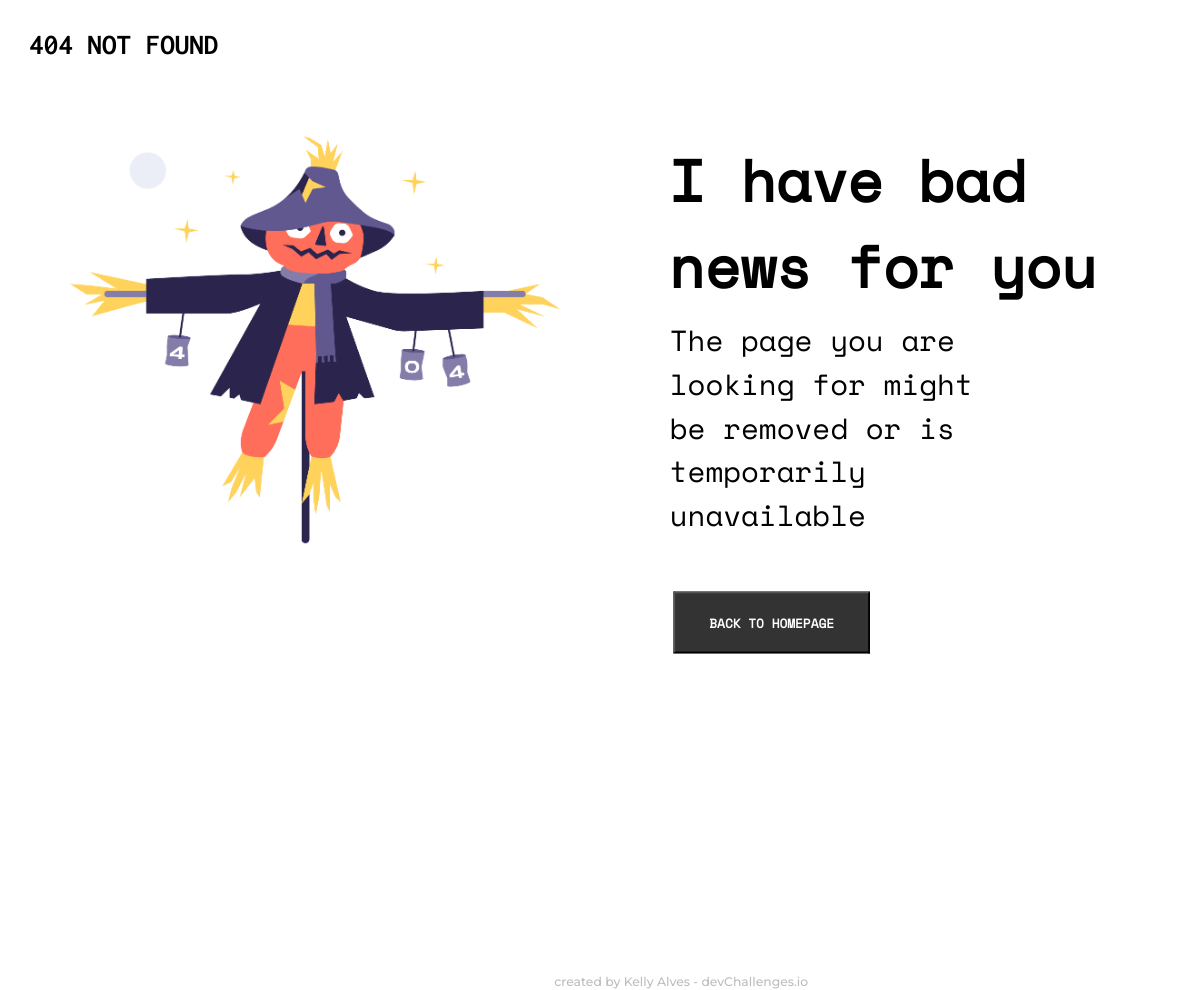
Repository: kellyalves87/404_not_found
Page: index.html
These files come from the project's save history. The page is drawn as it stood at one moment and after the next save; the edit follows.
The browser window is 1280 px wide. The page is 1321 px wide, so the pictures cover 1321 px, including what lies to the right of the window. The pictures show the whole page, at 91% of full size.

Above is the page before, as saved 2021-05-16 16:27:55.

### index.html
<!DOCTYPE html>
<html lang="en">

<head>
  <meta charset="utf-8" />
  <meta name="viewport" content="width=device-width, initial-scale=1,
  maximum-scale=5" />
  <link rel="icon" href="./assets/devchallenges.png" />
  <link rel="shortcut icon" type="image/x-icon" href="https://devchallenges.io/" />
  <link rel="preconnect" href="https://fonts.gstatic.com">
<link href="https://fonts.googleapis.com/css2?family=Inconsolata:wght@700&family=Montserrat:wght@500&family=Space+Mono:ital,wght@0,400;1,700&display=swap" rel="stylesheet">
  <link rel="stylesheet" href="./style/index.css">
  <link rel="stylesheet" href="./style/reset.css">
  <title>Devchallenges</title>
</head>

<header class="header">
  <h1>404 not found</h1>
</header>

<body>
  <section class="content">
    <img src="./assets/Scarecrow.png" alt="straw man">
    <h1>I have bad news for you</h1>
    <p>The page you are looking for might be removed or is temporarily unavailable</p>
  </section>
  <div class="button">
    <button type="button">back to homepage</button>
  </div>
    <footer class="footer">
      <a href="https://github.com/kellyalves87">created by Kelly Alves - <a href="https://devchallenges.io/">devChallenges.io</a>
    </footer>
</body>

</html>

### style/index.css
/* Mobile first */
@media only screen and (max-width: 414px) {
  body {
    display: flex;
    flex-direction: column;
  }

  .header h1 {
    font-family: inconsolata, sans-serif;
    font-size: 1rem;
    text-transform: uppercase;
  }

  .content img {
    padding-top: 10px;
    display: flex;
    margin: auto;
    width: 200px;
  }

  .header,
  .content,
  .button,
  .footer {
    margin: 1rem;
  }

  .content h1,
  p,
  button {
    font-family: Space Mono, sans-serif;
  }

  .content h1,
  button {
    font-weight: 700;
  }

  .content h1 {
    font-size: 2.75rem;
    padding-top: 10px;
    padding-bottom: 10px;
  }

  .content p {
    font-size: 1.1rem;
    font-weight: 400;
    padding-top: 10px;
  }

  button {
    color: #ffffff;
    cursor: pointer;
    background-color: #333333;
    font-size: 14px;
    position: fixed;
    padding: 10px 20px;
    text-transform: uppercase;
  }

  .footer {
    font-size: 0.85rem;
    padding-top: 40px;
  }
  .footer a {
    color: #bdbdbd;
    font-family: Montserrat, sans-serif;
    text-decoration: none;
  }
}

/*Desktop*/

.header h1 {
  font-family: Inconsolata, sans-serif;
  font-style: normal;
  font-weight: bold;
  text-transform: uppercase;
}

.content img {
  position: absolute;
  height: 447.4263916015625px;
  width: 539.2236938476562px;
  left: 77px;
  top: 150px;
  border-radius: 0px;
}

.header,
.content,
.button,
.footer {
  margin: 2rem;
}

.content h1,
p,
button {
  font-family: Space Mono, sans-serif;
}

.content h1,
button {
  font-weight: 700;
}

.content h1 {
  font-size: 4rem;
  width: 586px;
  height: 190px;
  left: 735px;
  top: 150px;
  position: absolute;
}

.content p {
  font-size: 2rem;
  font-weight: 400;
  position: absolute;
  width: 381px;
  height: 108px;
  left: 736px;
  top: 350px;
}

button {
  color: #ffffff;
  cursor: pointer;
  background-color: #333333;
  font-size: 14px;
  position: absolute;
  width: 216px;
  height: 68px;
  left: 740px;
  top: 650px;
  text-transform: uppercase;
}

.footer {
  font-size: 0.85rem;
  position: absolute;
  width: 287px;
  height: 17px;
  left: 577px;
  top: 1039px;
}

.footer a {
  color: #bdbdbd;
  font-family: Montserrat, sans-serif;
  text-decoration: none;
}

Loaded but not shown: style/reset.css (common file)

After the next save:
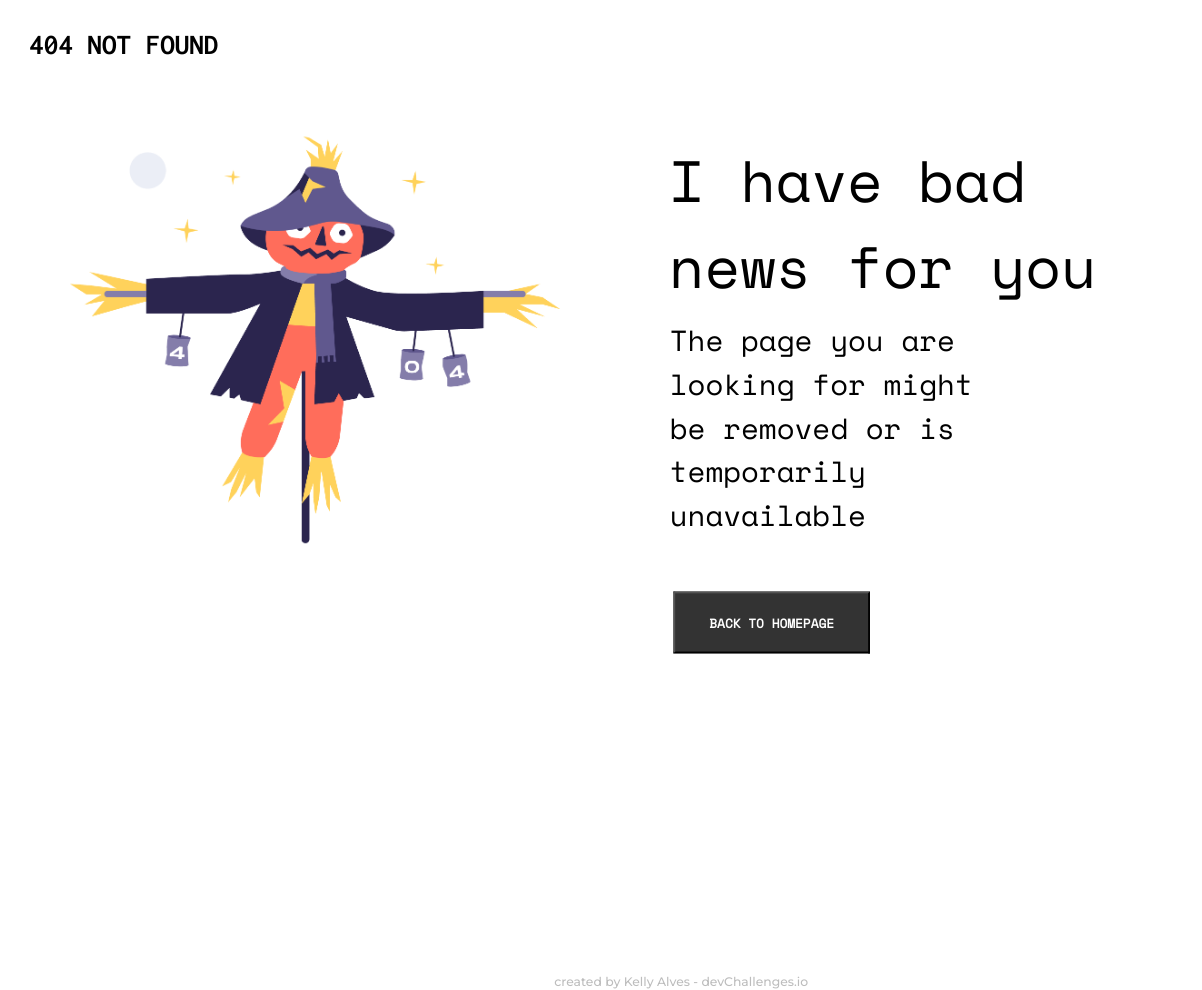
Saved 13 s later.
--- a/style/index.css
+++ b/style/index.css
@@ -107,6 +107,7 @@
 
 .content h1 {
   font-size: 4rem;
+  font-weight: 400;
   width: 586px;
   height: 190px;
   left: 735px;

After the save that followed:
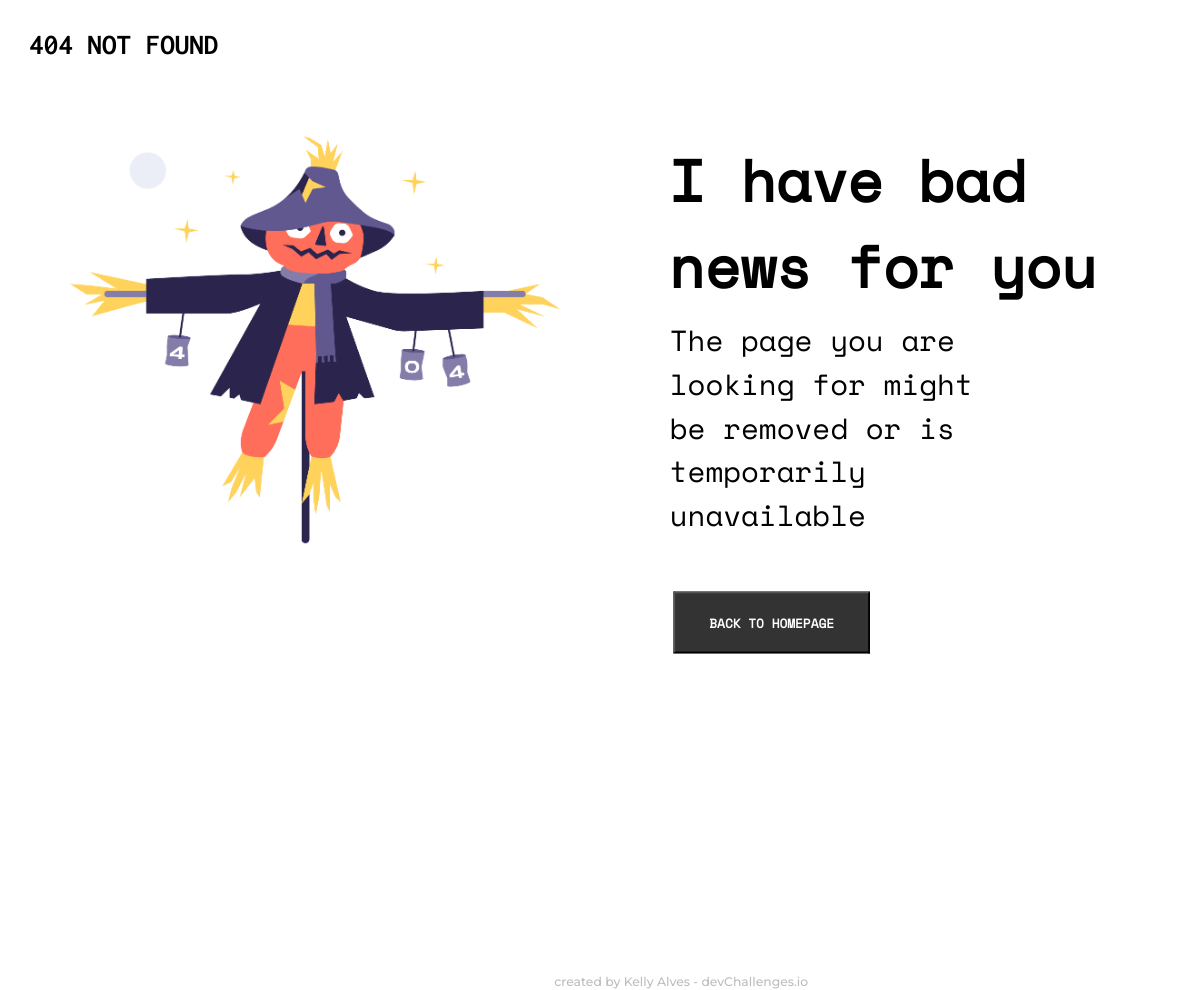
Saved 14 s later.
--- a/style/index.css
+++ b/style/index.css
@@ -107,7 +107,7 @@
 
 .content h1 {
   font-size: 4rem;
-  font-weight: 400;
+  font-weight: 700;
   width: 586px;
   height: 190px;
   left: 735px;
